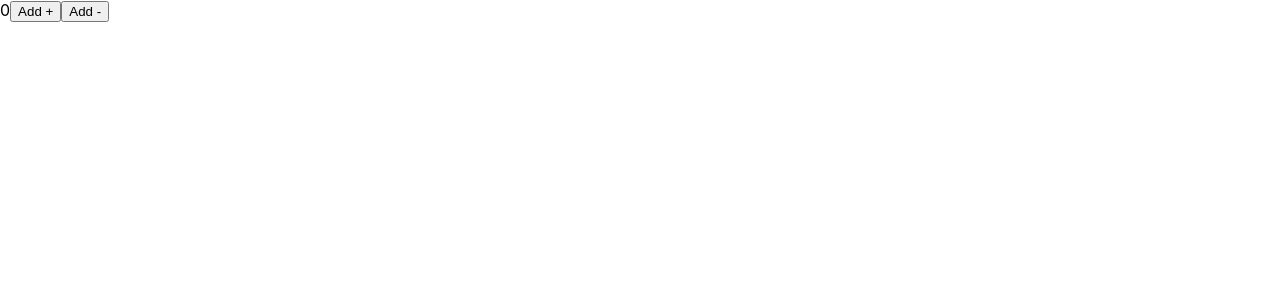
Repository: dnjfht/css-example
Page: /
An editor plug-in stored every save of this project. The page is shown before and after the next save, followed by the edit.
The browser window is 1280 px wide. The pictures show the whole page.
The project was rebuilt for these pictures with package versions that can differ from the ones it lists, and the page was loaded fresh each time.

Above is the page before, as saved 2023-05-09 18:42:52.

After the next save:
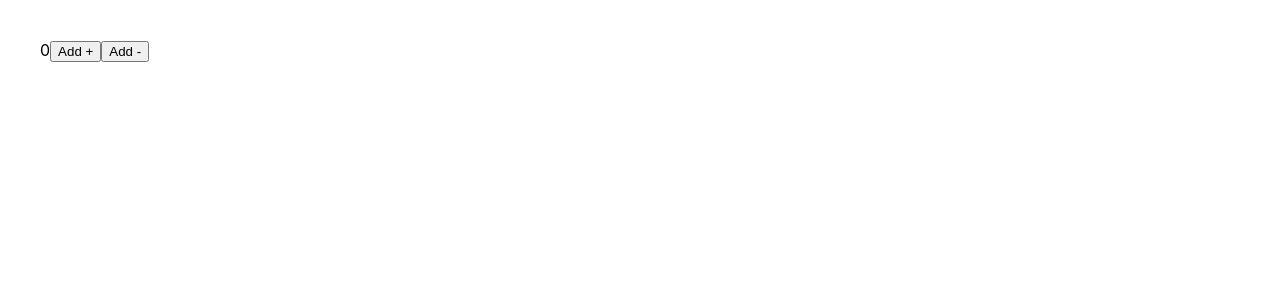
Saved 9 s later.
--- a/src/components/Counter.jsx
+++ b/src/components/Counter.jsx
@@ -10,7 +10,7 @@ export default function Counter({ count, setCount }) {
   };
 
   return (
-    <div style={{ width: 400 }}>
+    <div style={{ width: 400, padding: 40 }}>
       <span>{count}</span>
       <button onClick={handleClickCountUp}>Add +</button>
       <button onClick={handleClickCountDown}>Add -</button>
